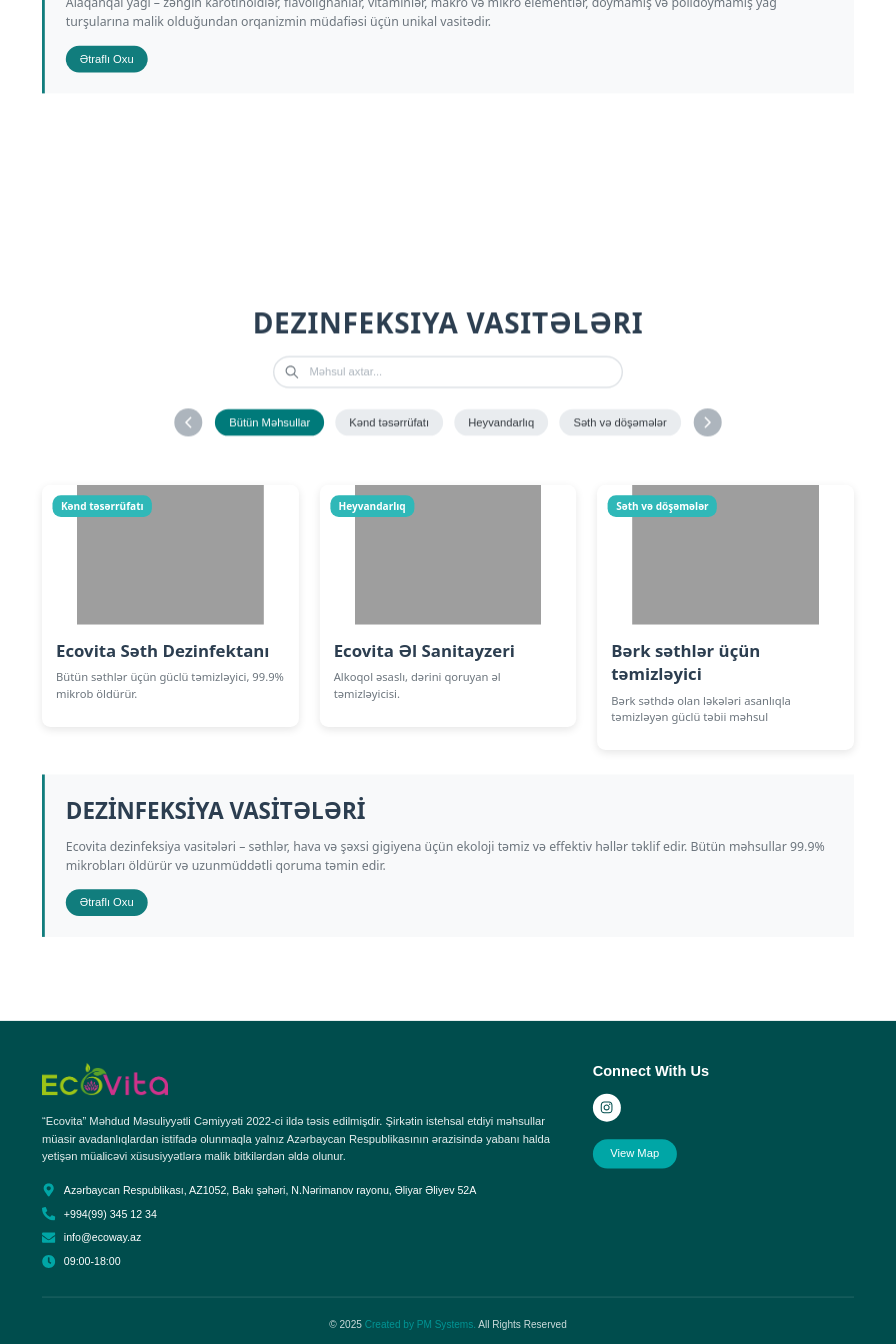
Repository: ferhadsultan98/ecovita
Page: /
These files come from the project's save history. The page is drawn as it stood at one moment and after the next save; the edit follows.
The browser window is 1280 px wide. The pictures show the part of the page from y = 3178 to 5098 px (the page is 5098 px tall), at 70% of full size.
Pictures or frames that could not be fetched are drawn as grey boxes. The project was rebuilt for these pictures with package versions that can differ from the ones it lists, and the page was loaded fresh each time. Also part of the build but not shown: vite.config.js.

Above is the page before, as saved 2025-05-07 14:18:05.

After the next save:
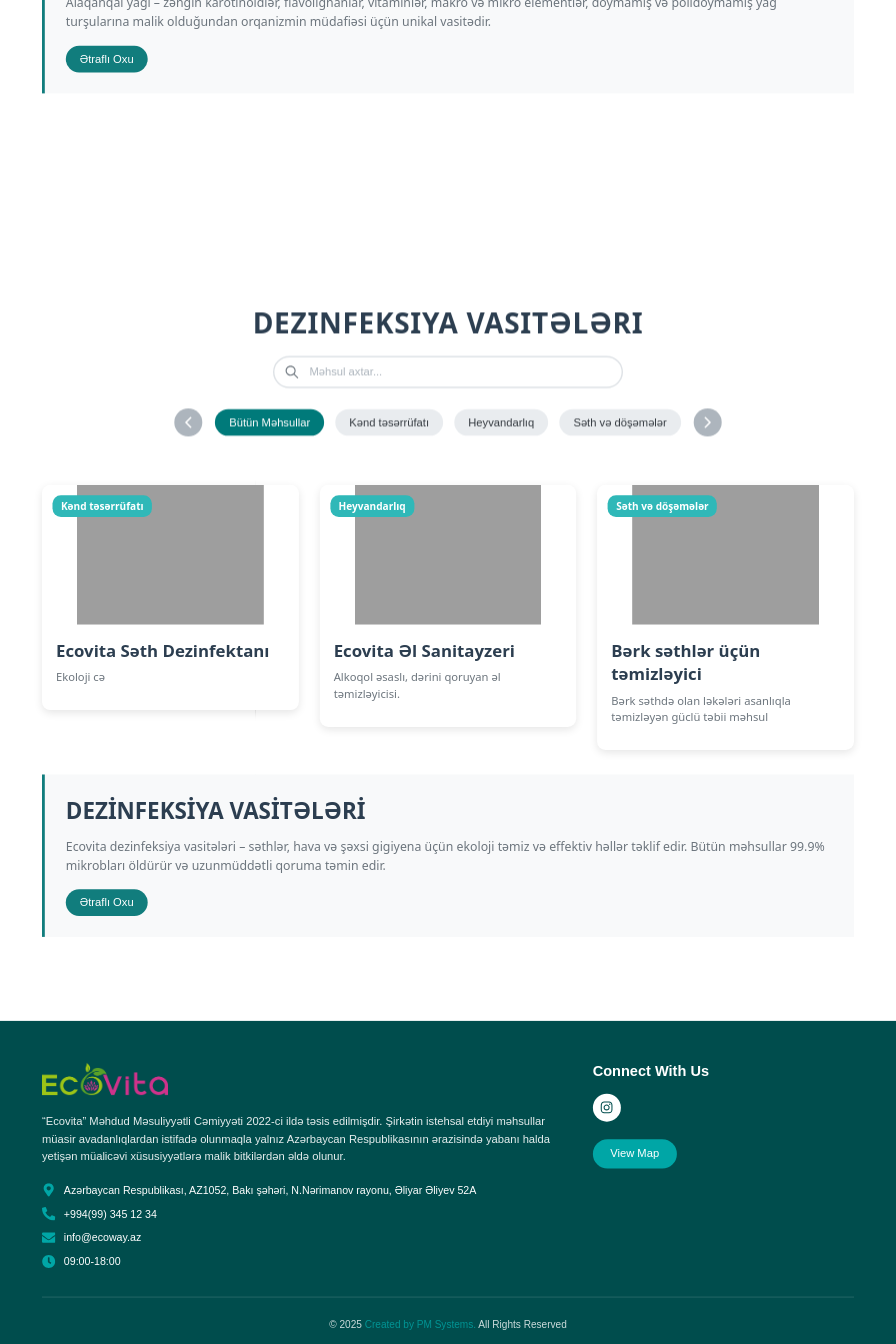
Saved 2 min 33 s later.
--- a/src/Pages/MenuSection/menuItems.json
+++ b/src/Pages/MenuSection/menuItems.json
@@ -42,7 +42,7 @@
           "id": "1",
           "name": { "az": "Ecovita Səth Dezinfektanı" },
           "description": {
-            "az": "Bütün səthlər üçün güclü təmizləyici, 99.9% mikrob öldürür."
+            "az": "Ekoloji cə"
           },
           "price": 12.5,
           "image_url": "surface-disinfectant.jpg"
